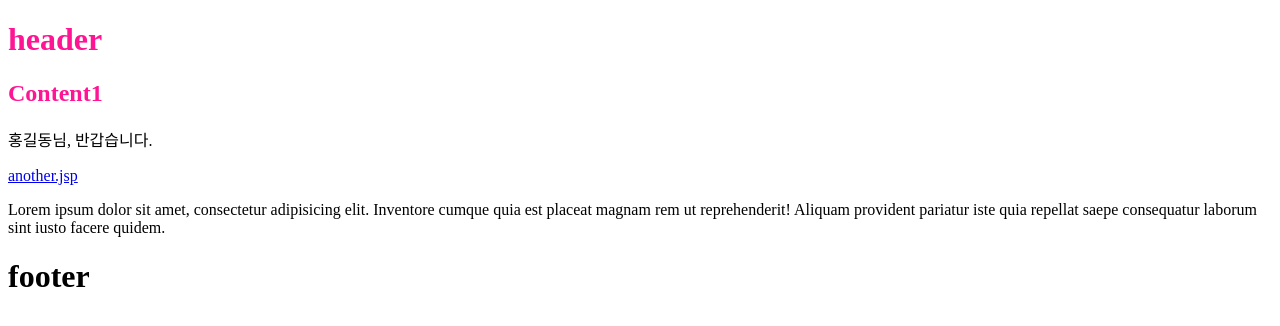
Repository: dygksqkr12/Server
Page: http://localhost/01_helloweb/jsp/inclide.jsp
The author's editor kept a copy of each file at every save. The page is drawn from the files as they stood at one save, then again after the next save.
The browser window is 1280 px wide. The pictures show the whole page.
The page is served by Tomcat 9.

Above is the page before, as saved 2021-03-24 12:37:42.

After the next save:
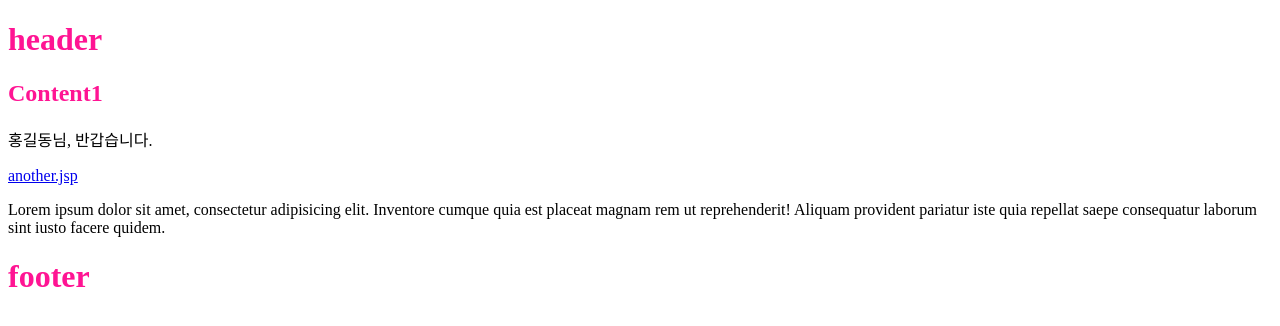
Saved 33 s later.
--- a/01_helloweb/WebContent/jsp/inclide.jsp
+++ b/01_helloweb/WebContent/jsp/inclide.jsp
@@ -7,6 +7,8 @@
 		<a href="/web/jsp/another.jsp">another.jsp</a>
 		<p>Lorem ipsum dolor sit amet, consectetur adipisicing elit. Inventore cumque quia est placeat magnam rem ut reprehenderit! Aliquam provident pariatur iste quia repellat saepe consequatur laborum sint iusto facere quidem.</p>
 		<script>
+		$(function() {
 		$("h1").css("color", "deeppink");
+		});
 		</script>
 <%@ include file="/jsp/footer.jsp" %>
